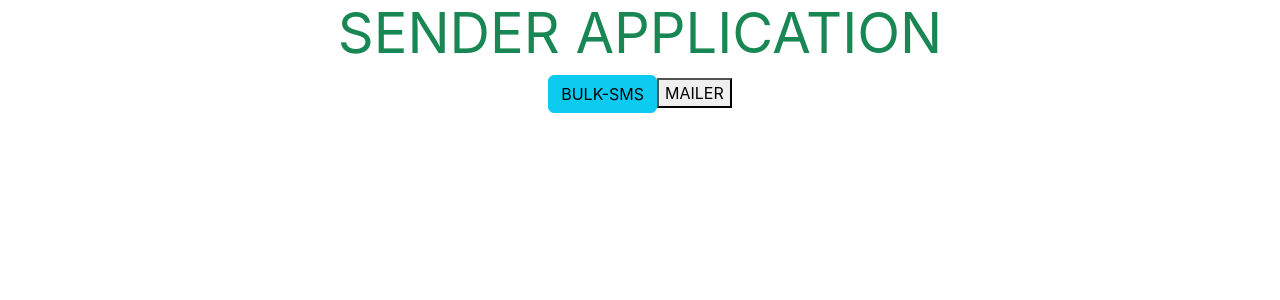
Repository: oluwaseyi9325/react-redux
Page: /mailer
These files come from the project's save history. The page is drawn as it stood at one moment and after a run of saves; the edit follows.
The browser window is 1280 px wide. The pictures show the whole page.
The project was rebuilt for these pictures with package versions that can differ from the ones it lists, and the page was loaded fresh each time. Also part of the build but not shown: src/Pages/Index.tsx, src/Pages/NotFond.tsx.

Above is the page before, as saved 2023-04-18 17:15:28.

After the next 3 saves:
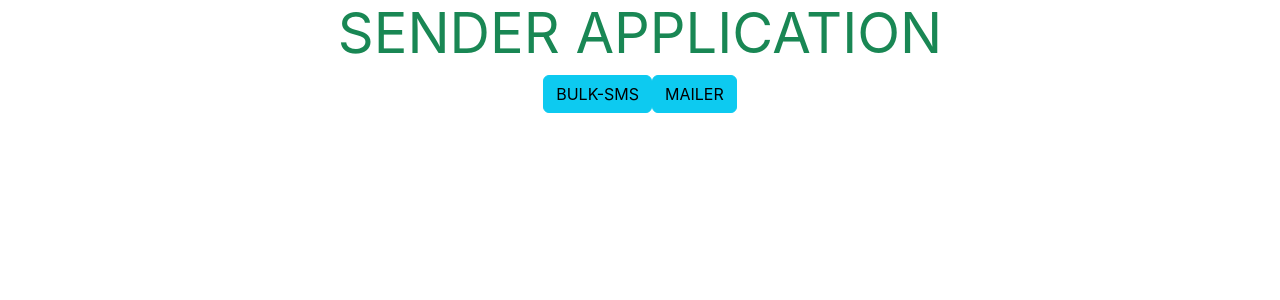
The 3 saves are shown as one change because they came seconds apart.
The last was saved 14 s later.
--- a/src/Components/NavBar.tsx
+++ b/src/Components/NavBar.tsx
@@ -8,7 +8,7 @@ const NavBar = () => {
         <h4 className='text-success display-4'><b>SENDER APPLICATION</b></h4>
         <div>
             <button className='btn btn-info'>BULK-SMS</button>
-            <button>MAILER</button>
+            <button className='btn btn-info'>MAILER</button>
         </div>
       </div>
 
